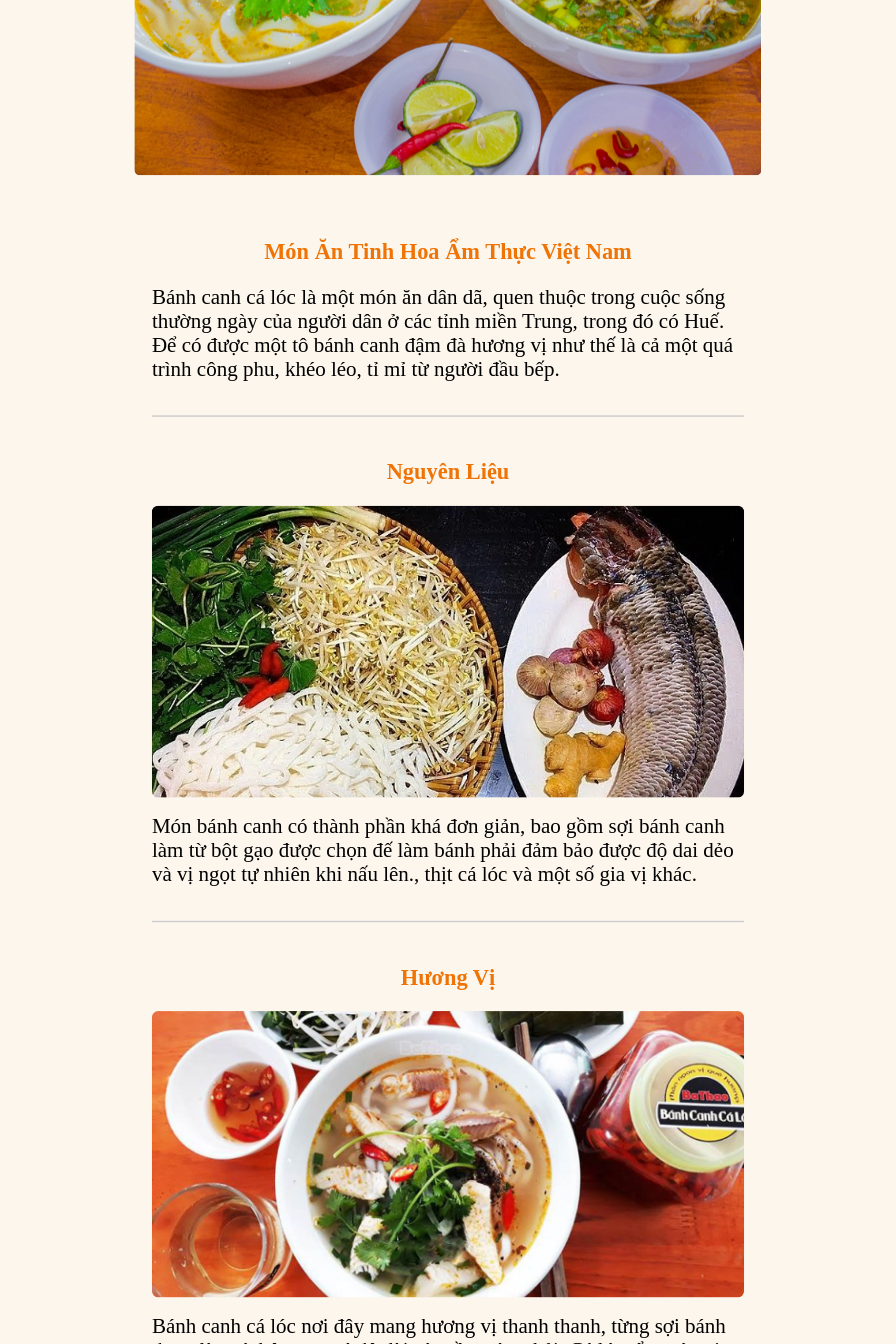
Repository: LeCongTuan2608/AmThuc
Page: public/index.html
The author's editor kept a copy of each file at every save. The page is drawn from the files as they stood at one save, then again after the next save.
The browser window is 1280 px wide. The pictures show the part of the page from y = 369 to 2289 px (the page is 3456 px tall before and 5046 px after), at 70% of full size.
Some web fonts or font styles are not loaded; a fallback is used. Some web libraries are served in a nearby version. The style sheet was rebuilt from its Sass, Less or Tailwind sources for each picture, by a compiler version that may differ from the author's.

Above is the page before, as saved 2022-04-15 12:56:07.

After the next save:
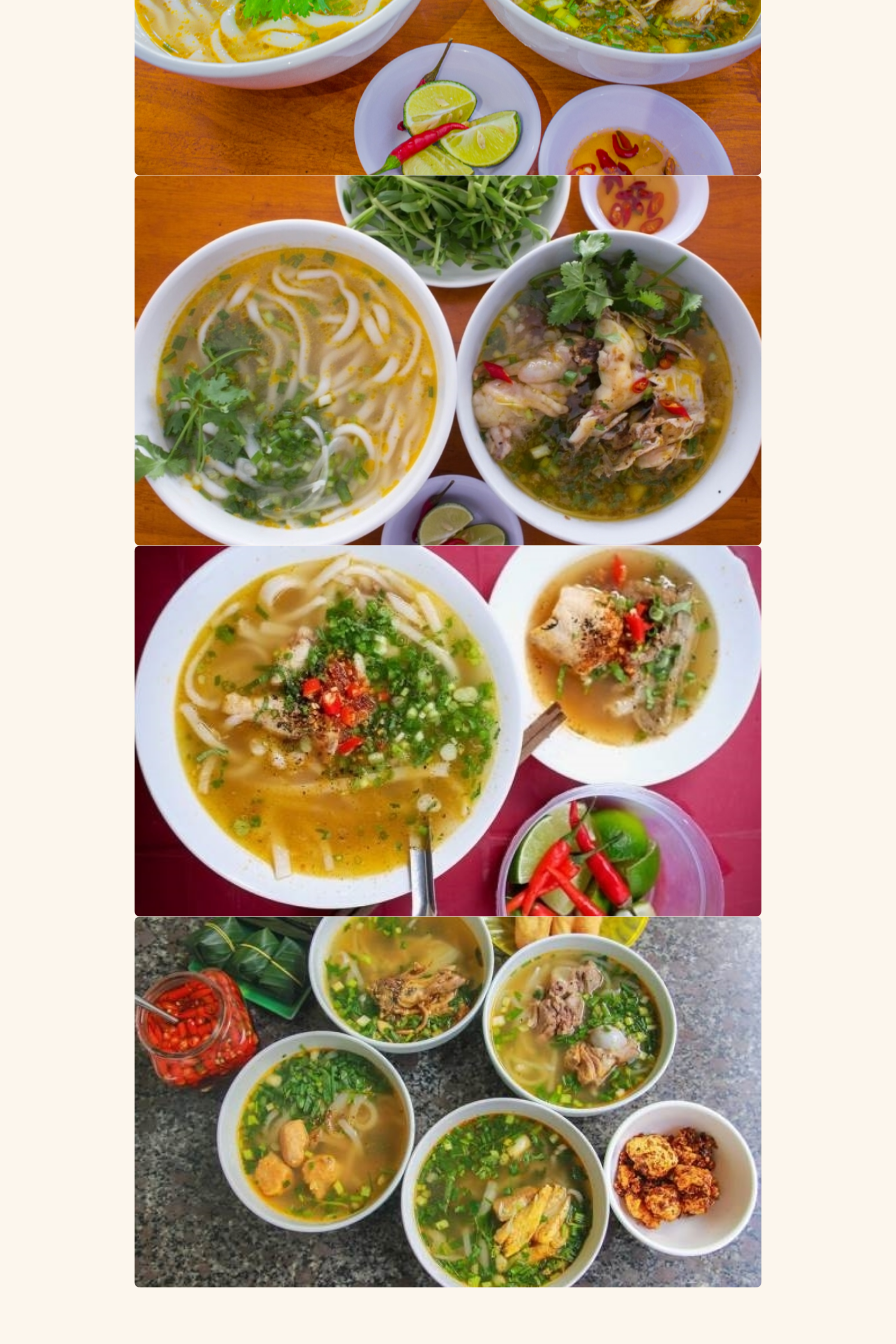
Saved 25 s later.
--- a/public/index.html
+++ b/public/index.html
@@ -32,7 +32,7 @@
                <div id="image">
                   <img src="../images/anh-3.png" alt="" />
                </div>
-               <!-- <div id="image">
+               <div id="image">
                   <img src="../images/anh-4.jpg" alt="" />
                </div>
                <div id="image">
@@ -40,7 +40,7 @@
                </div>
                <div id="image">
                   <img src="../images/anh-6.jpg" alt="" />
-               </div> -->
+               </div>
             </div>
             <div id="middle">
                <div id="contents">
